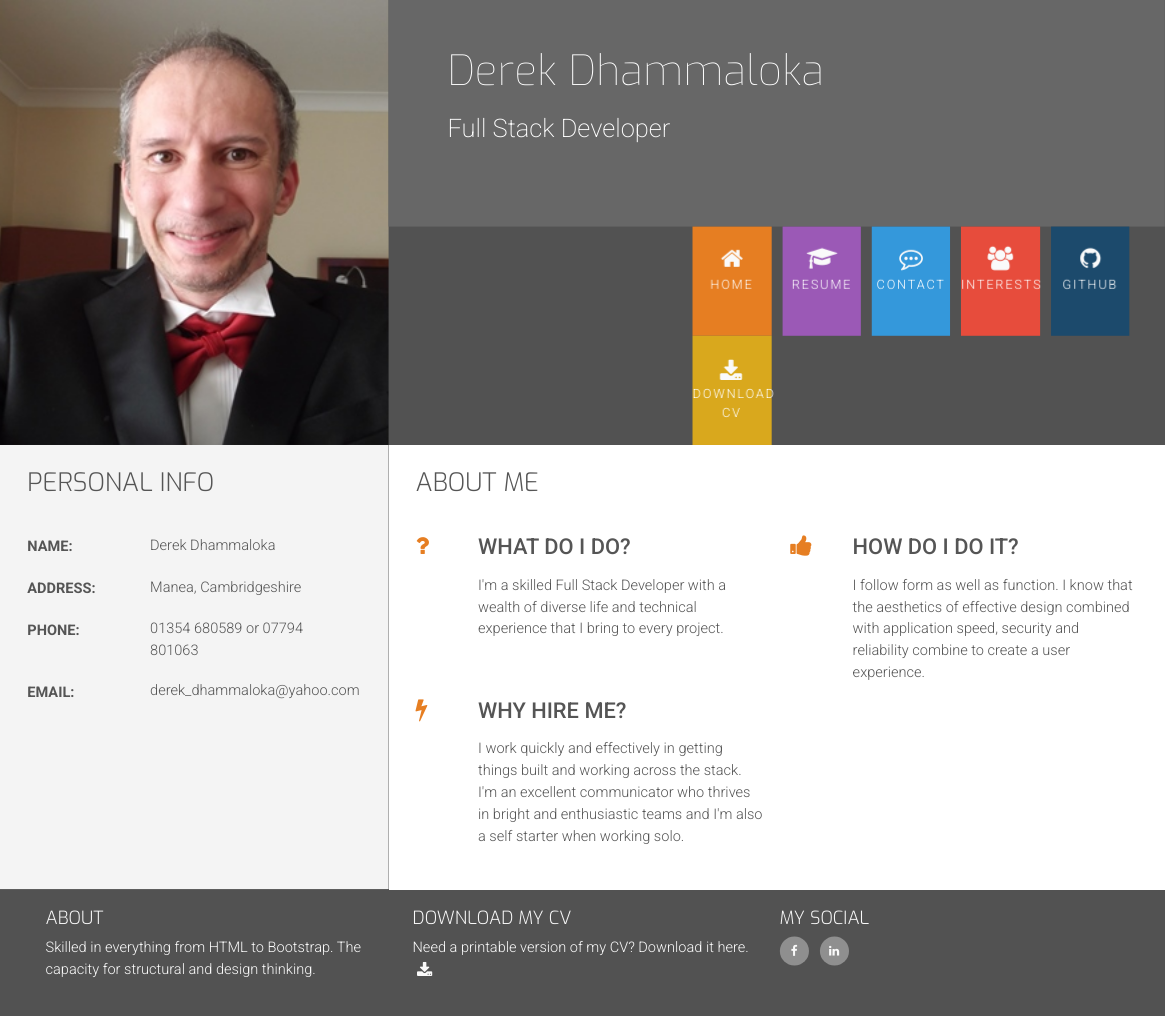
Repository: derektypist/derek-dhammaloka-cv
Page: index.html
The author's editor kept a record of every edit. The page is drawn from the files as they stood at one moment, then again after the next edit.
The browser window is 1280 px wide. The pictures show the whole page, at 91% of full size.
Some web libraries are served in a nearby version.

Above is the page before.

After the next edit:
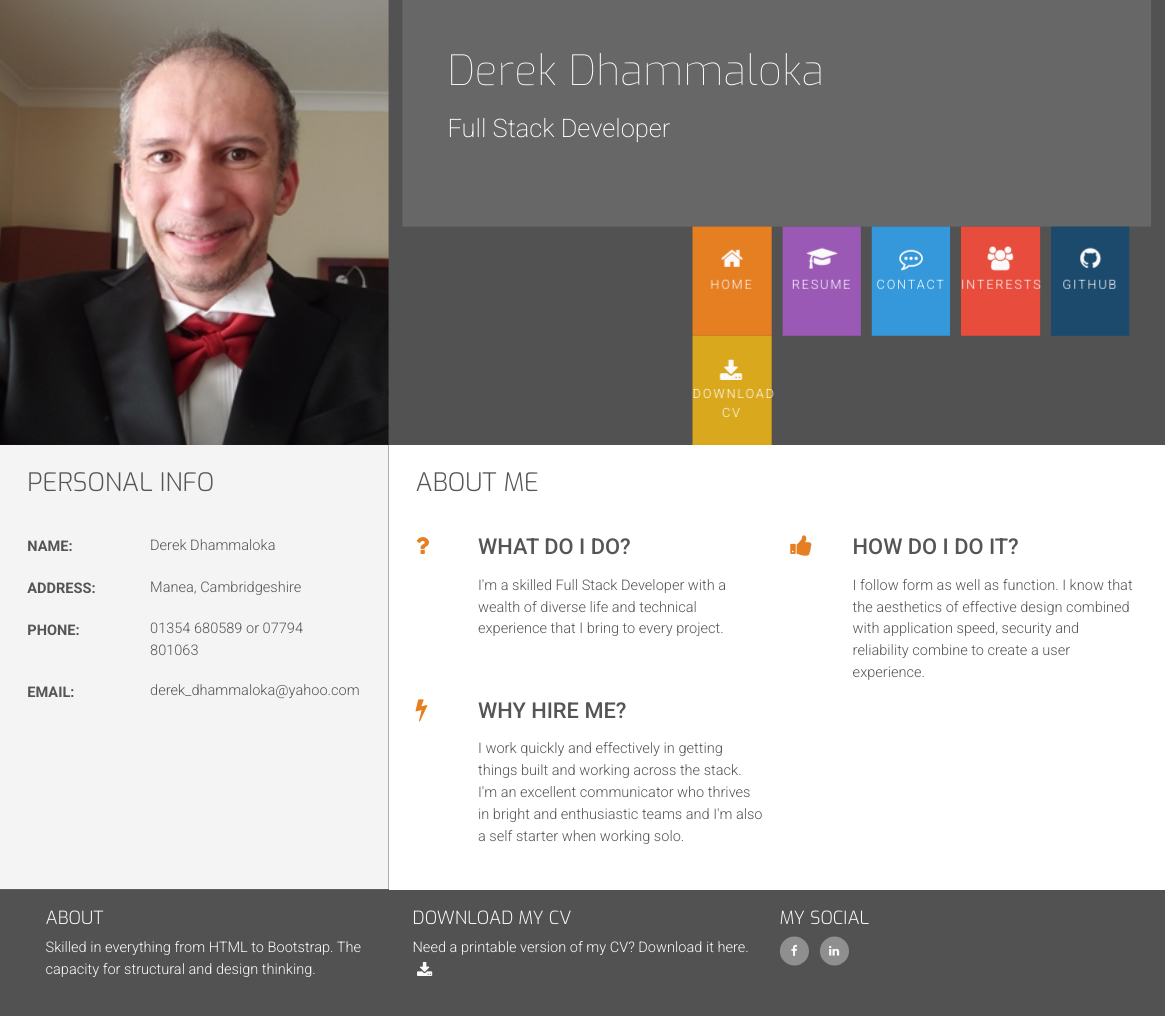
The edit:
--- a/index.html
+++ b/index.html
@@ -17,7 +17,7 @@
 
                 <div class="col-md-8">
 
-                    <div class="row bg-color-name-title">
+                    <div class="row no-gutters bg-color-name-title">
                         <div class="col heading">
                             <h1 class="name">Derek Dhammaloka</h1>
                             <h2 class="title">Full Stack Developer</h2>
